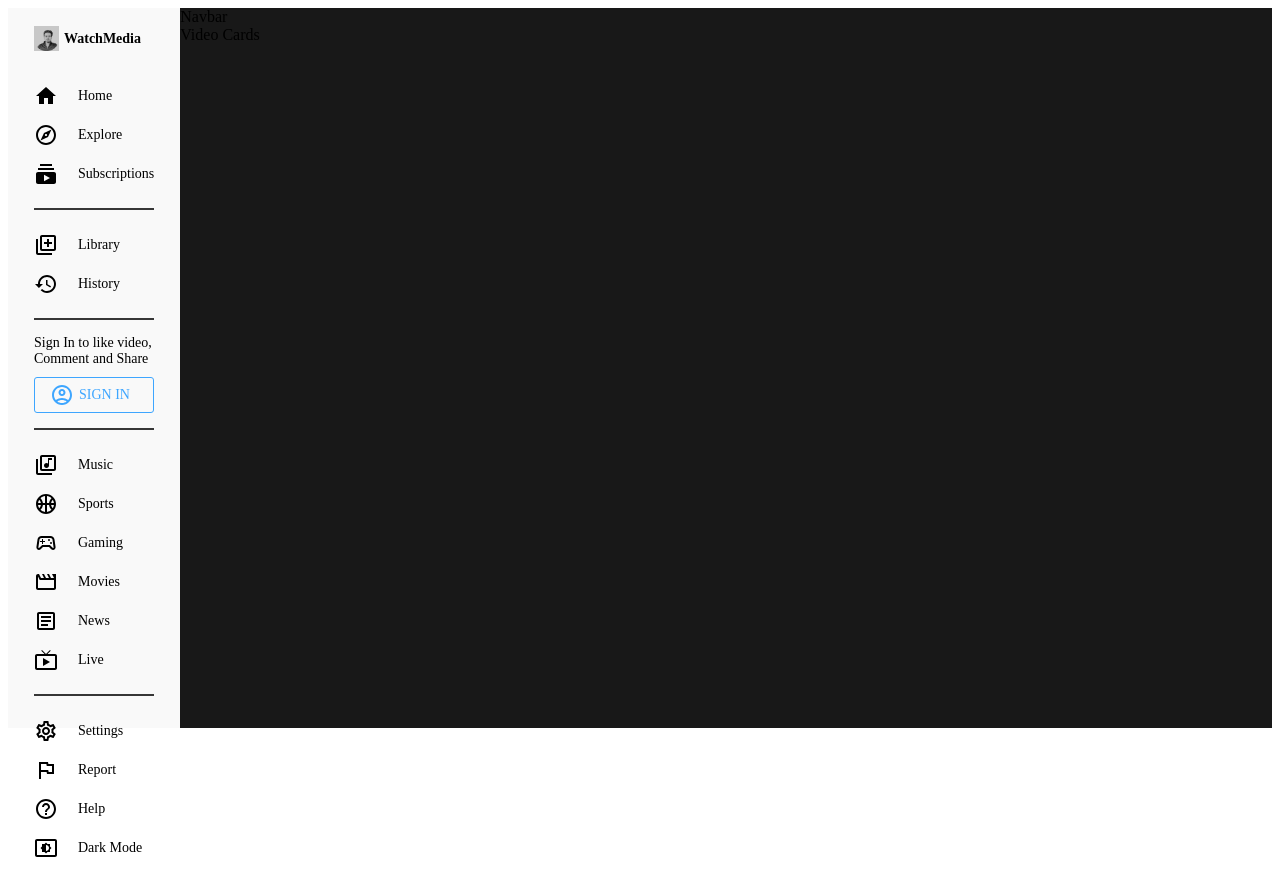
Repository: inzamamahmad3/final-year-project-skeleton
Page: /video/test
An editor plug-in stored every save of this project. The page is shown before and after the next save, followed by the edit.
The browser window is 1280 px wide. The pictures show the whole page.
The project was rebuilt for these pictures with package versions that can differ from the ones it lists, and the page was loaded fresh each time.

Above is the page before, as saved 2023-07-18 11:19:22.

### src/App.js
import styled, { ThemeProvider } from "styled-components";
import Menu from "./components/Menu";
import Navbar from "./components/Navbar";
import { darkTheme, lightTheme } from "./utils/Theme";
import { useState } from "react";

const Container = styled.div`
  display: flex;
`;
const Main = styled.div`
  flex: 7;
  background-color: #181818;
`;
const Wrapper = styled.div``;

function App() {
  const [darkMode, setDarkMode] = useState(true);
  return (
    <>
      <ThemeProvider theme={lightTheme}>
        <Container>
          <Menu />
          <Main>
            <Navbar />
            <Wrapper>Video Cards</Wrapper>
          </Main>
        </Container>
      </ThemeProvider>
    </>
  );
}

export default App;

### src/components/Menu.jsx
import React from "react";
import styled from "styled-components";
import watch from "../img/pic.png";
import HomeIcon from "@mui/icons-material/Home";
import ExploreOutlinedIcon from "@mui/icons-material/ExploreOutlined";
import SubscriptionsIcon from "@mui/icons-material/Subscriptions";
import LibraryAddOutlinedIcon from "@mui/icons-material/LibraryAddOutlined";
import HistoryOutlinedIcon from "@mui/icons-material/HistoryOutlined";
import LibraryMusicOutlinedIcon from "@mui/icons-material/LibraryMusicOutlined";
import SportsEsportsOutlinedIcon from "@mui/icons-material/SportsEsportsOutlined";
import SportsBasketballOutlinedIcon from "@mui/icons-material/SportsBasketballOutlined";
import MovieOutlinedIcon from "@mui/icons-material/MovieOutlined";
import ArticleOutlinedIcon from "@mui/icons-material/ArticleOutlined";
import LiveTvOutlinedIcon from "@mui/icons-material/LiveTvOutlined";
import AccountCircleOutlinedIcon from "@mui/icons-material/AccountCircleOutlined";
import SettingsOutlinedIcon from "@mui/icons-material/SettingsOutlined";
import FlagOutlinedIcon from "@mui/icons-material/FlagOutlined";
import HelpOutlineOutlinedIcon from "@mui/icons-material/HelpOutlineOutlined";
import SettingsBrightnessOutlinedIcon from "@mui/icons-material/SettingsBrightnessOutlined";
import { Link } from "react-router-dom";

const Container = styled.div`
  flex: 1;
  background-color: ${({ theme }) => theme.bg};
  height: 100vh;
  color: ${({ theme }) => theme.text};
  font-size: 14px;
  position: sticky;
  top: 0;
`;

const Wrapper = styled.div`
  padding: 18px 26px;
`;

const Logo = styled.div`
  display: flex;
  align-items: center;
  gap: 5px;
  font-weight: bold;
  margin-bottom: 25px;
`;

const Item = styled.div`
  display: flex;
  align-items: center;
  gap: 20px;
  cursor: pointer;
  padding: 7.5px 0px;
`;

const Img = styled.img`
  height: 25px;
`;

const Hr = styled.hr`
  margin: 15px 0px;
  border: 0.5px solid ${({ theme }) => theme.soft};
`;

const Login = styled.div``;
const Button = styled.div`
  padding: 5px 15px;
  background-color: transparent;
  border: 1px solid #3ea6ff;
  color: #3ea6ff;
  border-radius: 3px;
  font-weight: 500;
  margin-top: 10px;
  cursor: pointer;
  display: flex;
  align-items: center;
  gap: 5px;
`;

function Menu() {
  return (
    <Container>
      <Wrapper>
        <Logo>
          <Img src={watch} />
          WatchMedia
        </Logo>
        <Item>
          <HomeIcon />
          Home
        </Item>
        <Item>
          <ExploreOutlinedIcon />
          Explore
        </Item>
        <Item>
          <SubscriptionsIcon />
          Subscriptions
        </Item>
        <Hr />
        <Item>
          <LibraryAddOutlinedIcon />
          Library
        </Item>
        <Item>
          <HistoryOutlinedIcon />
          History
        </Item>
        <Hr />
        <Login>
          Sign In to like video, Comment and Share
          <Button>
            {" "}
            <AccountCircleOutlinedIcon /> SIGN IN
          </Button>
        </Login>
        <Hr />
        <Item>
          <LibraryMusicOutlinedIcon />
          Music
        </Item>
        <Item>
          <SportsBasketballOutlinedIcon />
          Sports
        </Item>
        <Item>
          <SportsEsportsOutlinedIcon />
          Gaming
        </Item>
        <Item>
          <MovieOutlinedIcon />
          Movies
        </Item>
        <Item>
          <ArticleOutlinedIcon />
          News
        </Item>
        <Item>
          <LiveTvOutlinedIcon />
          Live
        </Item>
        <Hr />
        <Item>
          <SettingsOutlinedIcon />
          Settings
        </Item>
        <Item>
          <FlagOutlinedIcon />
          Report
        </Item>
        <Item>
          <HelpOutlineOutlinedIcon />
          Help
        </Item>
        <Item>
          <SettingsBrightnessOutlinedIcon />
          Dark Mode
        </Item>
      </Wrapper>
    </Container>
  );
}

export default Menu;

### src/utils/Theme.js
export const darkTheme = {
  bg: "#181818",
  bgLighter: "#202020",
  text: "white",
  textSoft: "#aaaaaa",
  soft: "#f5f5f5",
};
export const lightTheme = {
  bg: "#f9f9f9",
  bgLighter: "white",
  text: "black",
  textSoft: "#606060",
  soft: "#373737",
};

Loaded but not shown: public/index.html (common file); src/index.js (common file); src/components/Navbar.jsx (common file)

After the next save:
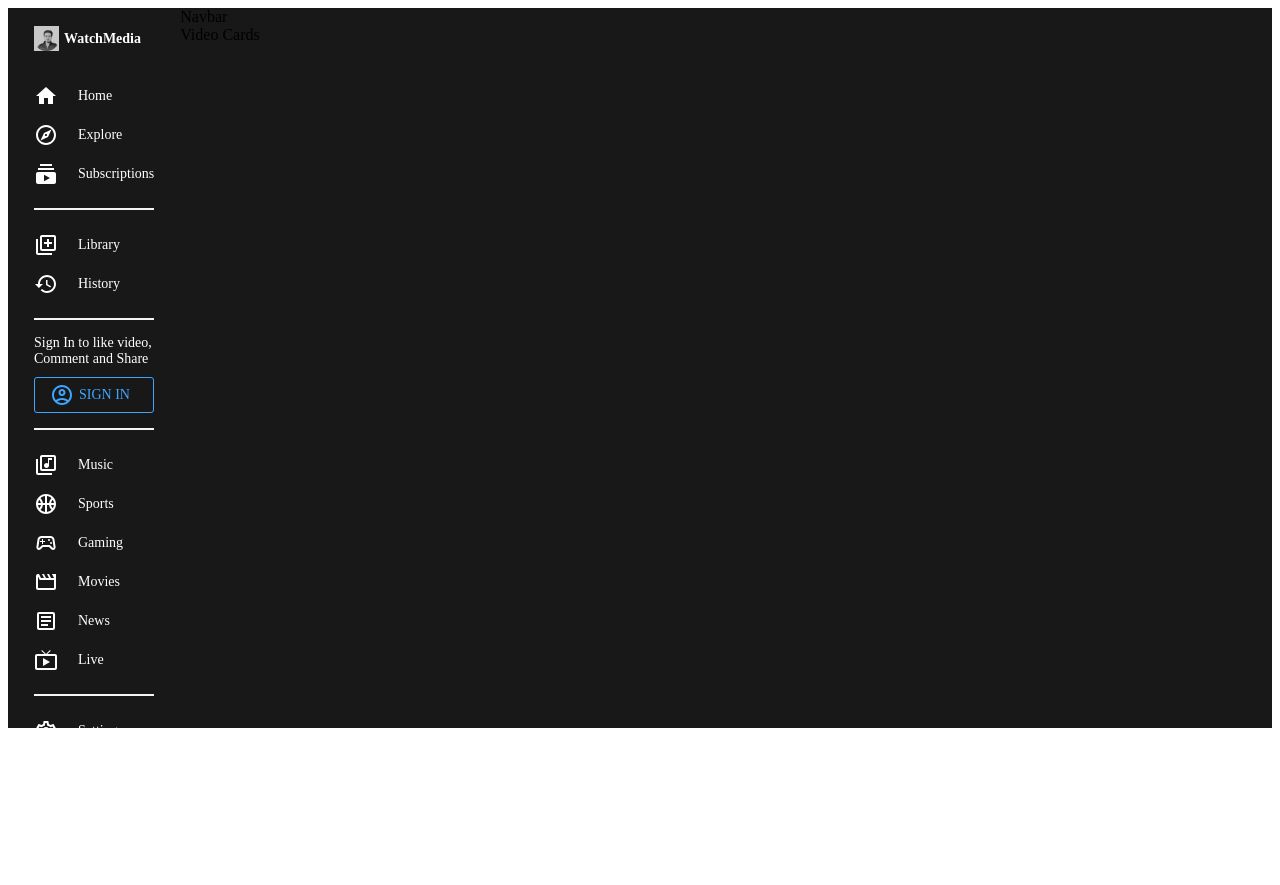
Saved 39 s later.
--- a/src/App.js
+++ b/src/App.js
@@ -17,7 +17,7 @@ function App() {
   const [darkMode, setDarkMode] = useState(true);
   return (
     <>
-      <ThemeProvider theme={lightTheme}>
+      <ThemeProvider theme={darkMode ? darkTheme : lightTheme}>
         <Container>
           <Menu />
           <Main>
